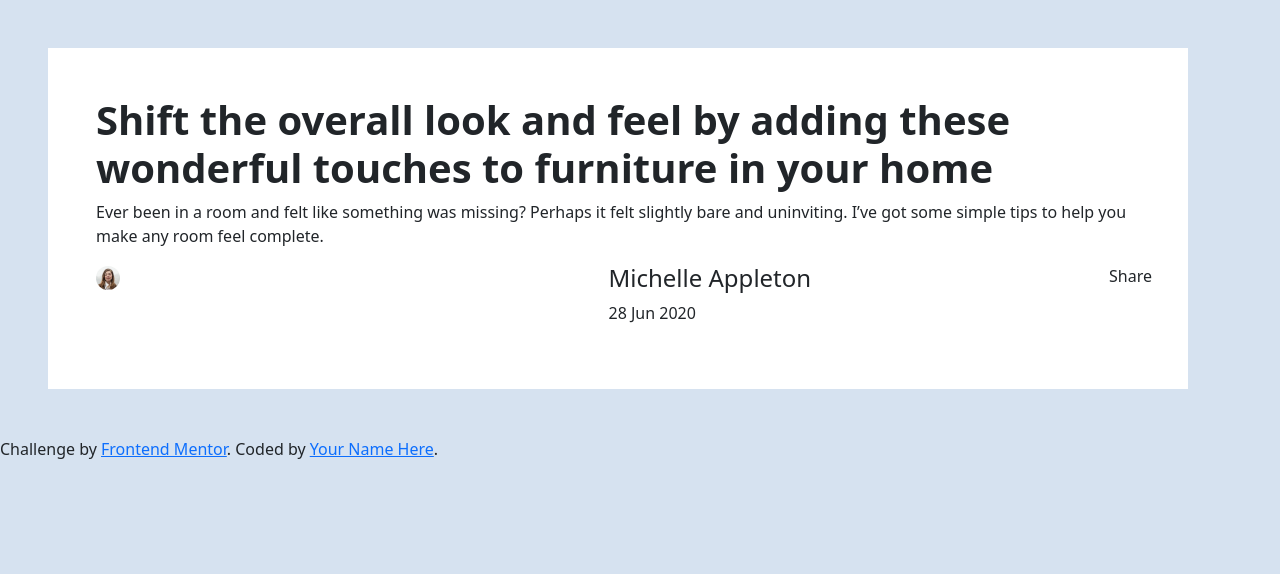
Repository: blordeus/article-preview-component
Page: index.html
An editor plug-in stored every save of this project. The page is shown before and after the next save, followed by the edit.
The browser window is 1280 px wide. The pictures show the whole page.

Above is the page before, as saved 2024-05-17 10:20:29.

After the next save:
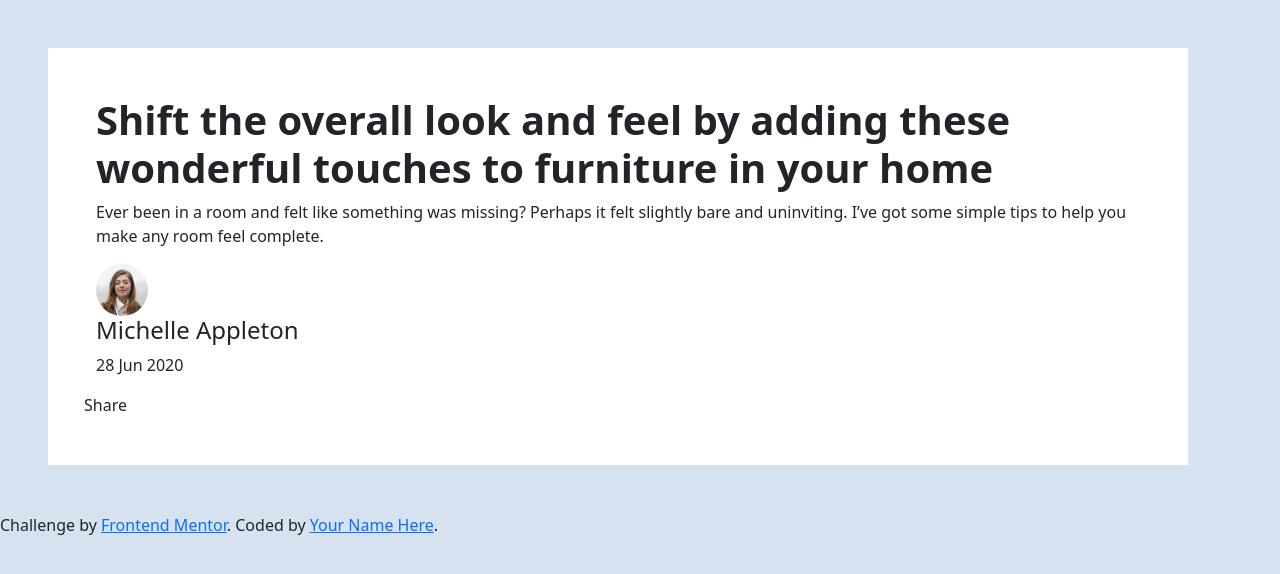
Saved 30 s later.
--- a/index.html
+++ b/index.html
@@ -24,8 +24,8 @@
         to help you make any room feel complete.
       </p>
       <div class="row">
-        <div class="col"><img class="" src="./images/avatar-michelle.jpg" alt="michelle"></div>
-        <div class="col">
+        <div class=""><img class="" src="./images/avatar-michelle.jpg" alt="michelle"></div>
+        <div>
           <h4>Michelle Appleton</h4>
           <p>28 Jun 2020</p>
         </div>
